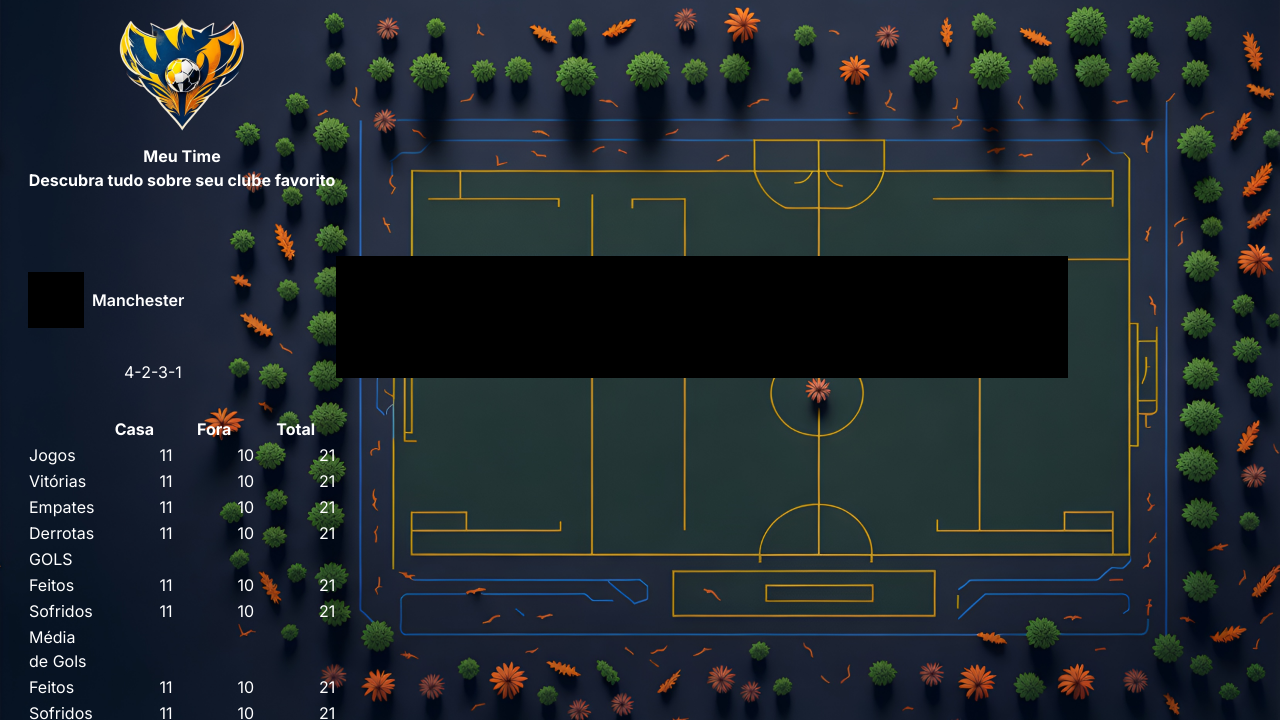
Repository: LuizAGDomingues/MeuTimeApp
Page: /statistics
The author's editor kept a copy of each file at every save. The page is drawn from the files as they stood at one save, then again after a run of saves.
The browser window is 1280 px wide. The pictures show the whole page.
The project was rebuilt for these pictures with package versions that can differ from the ones it lists, and the page was loaded fresh each time. The framework's server and built-in components were replaced by stand-ins that run in the browser. Also part of the build but not shown: next.config.js.

Above is the page before, as saved 2023-05-26 14:16:45.

After the next 2 saves:
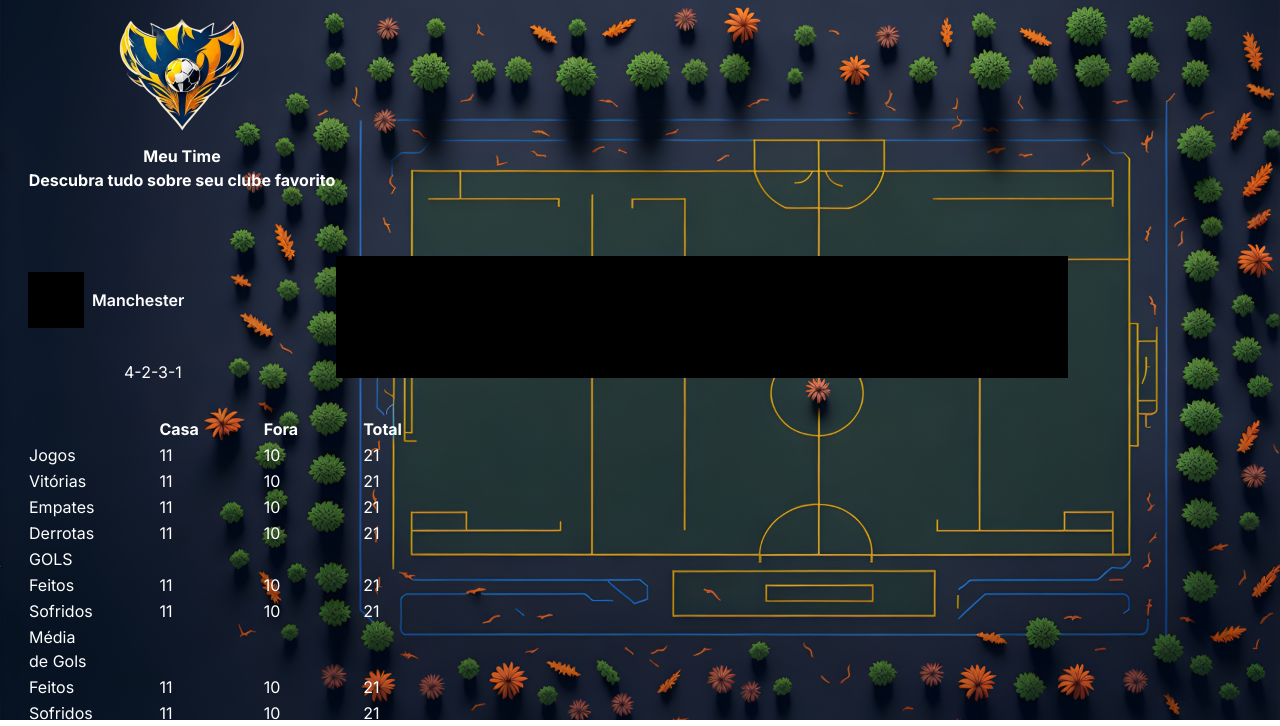
The 2 saves are shown as one change because they came seconds apart.
The last was saved 18 s later.
--- a/src/app/statistics/page.tsx
+++ b/src/app/statistics/page.tsx
@@ -64,9 +64,9 @@ function page() {
             <thead>
               <tr>
                 <th></th>
-                <th className="text-center">Casa</th>
-                <th className="text-center">Fora</th>
-                <th className="text-center">Total</th>
+                <th className="text-center pl-16">Casa</th>
+                <th className="text-center pl-16">Fora</th>
+                <th className="text-center pl-16">Total</th>
               </tr>
             </thead>
             <tbody>
